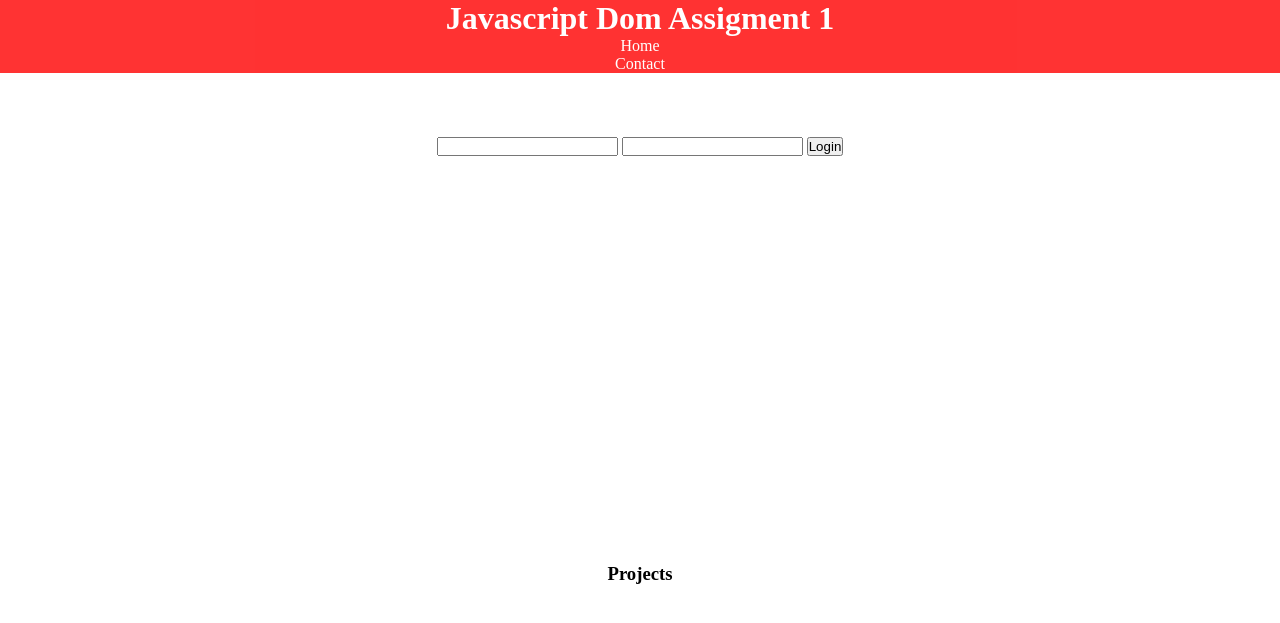
Repository: haakanerol/haakanerol
Page: Js.ass1/index.html
The author's editor kept a copy of each file at every save. The page is drawn from the files as they stood at one save, then again after a run of saves.
The browser window is 1280 px wide. The pictures show the whole page.

Above is the page before, as saved 2024-02-25 15:55:42.
Console error: ReferenceError: newNav is not defined

After the next 2 saves:
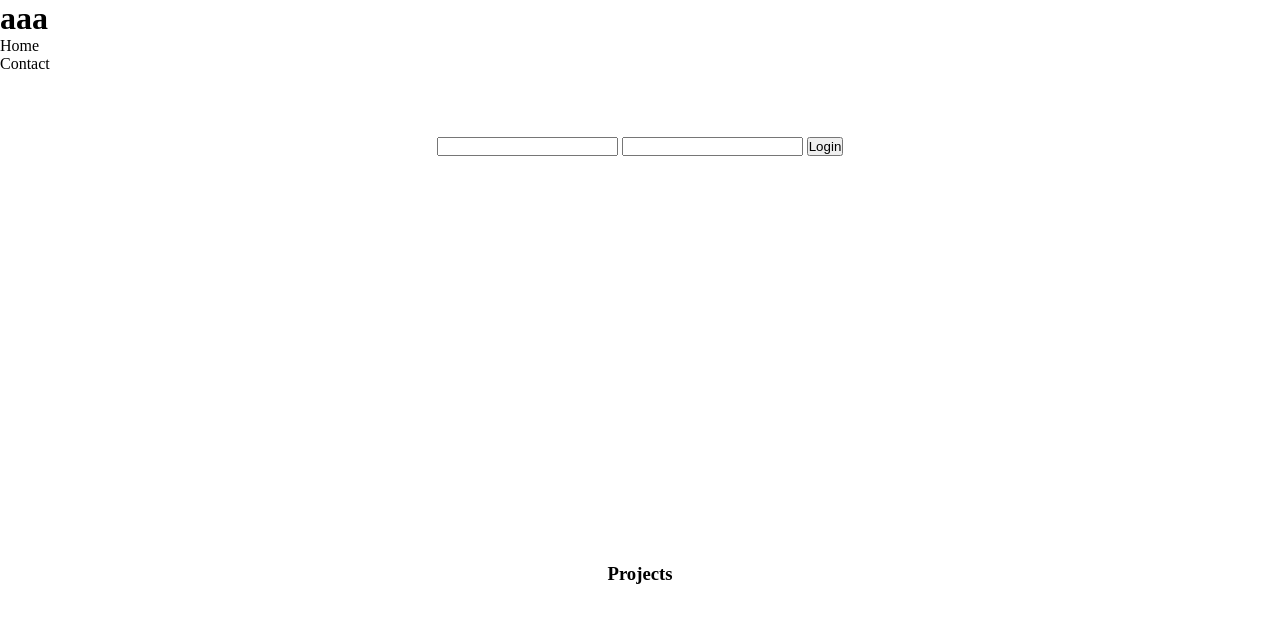
Console error: SyntaxError: Unexpected end of input
The 2 saves are shown as one change because they came seconds apart.
The last was saved 6 s later.
--- a/Js.ass1/app.js
+++ b/Js.ass1/app.js
@@ -7,4 +7,4 @@
 newTitle = document.getElementById("title")
 newTitle.textContent = "Javascript Dom Assigment 1"
 
-newNav
+newNavItem =

After the 4 saves that followed:
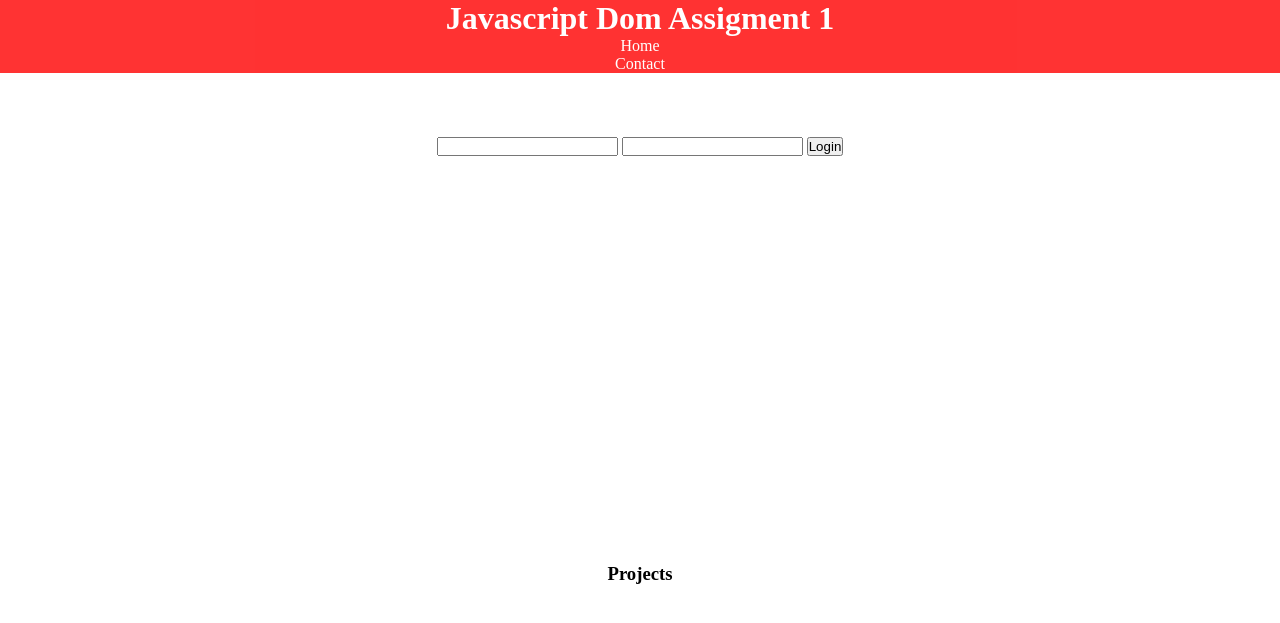
Console error (its wording comes from the project's code and is left out).
The 4 saves are shown as one change because 1 left the picture as it was and some came seconds apart.
The last was saved 15 s later.
--- a/Js.ass1/app.js
+++ b/Js.ass1/app.js
@@ -7,4 +7,4 @@
 newTitle = document.getElementById("title")
 newTitle.textContent = "Javascript Dom Assigment 1"
 
-newNavItem =
+newNavItem = document.querySelector("")
